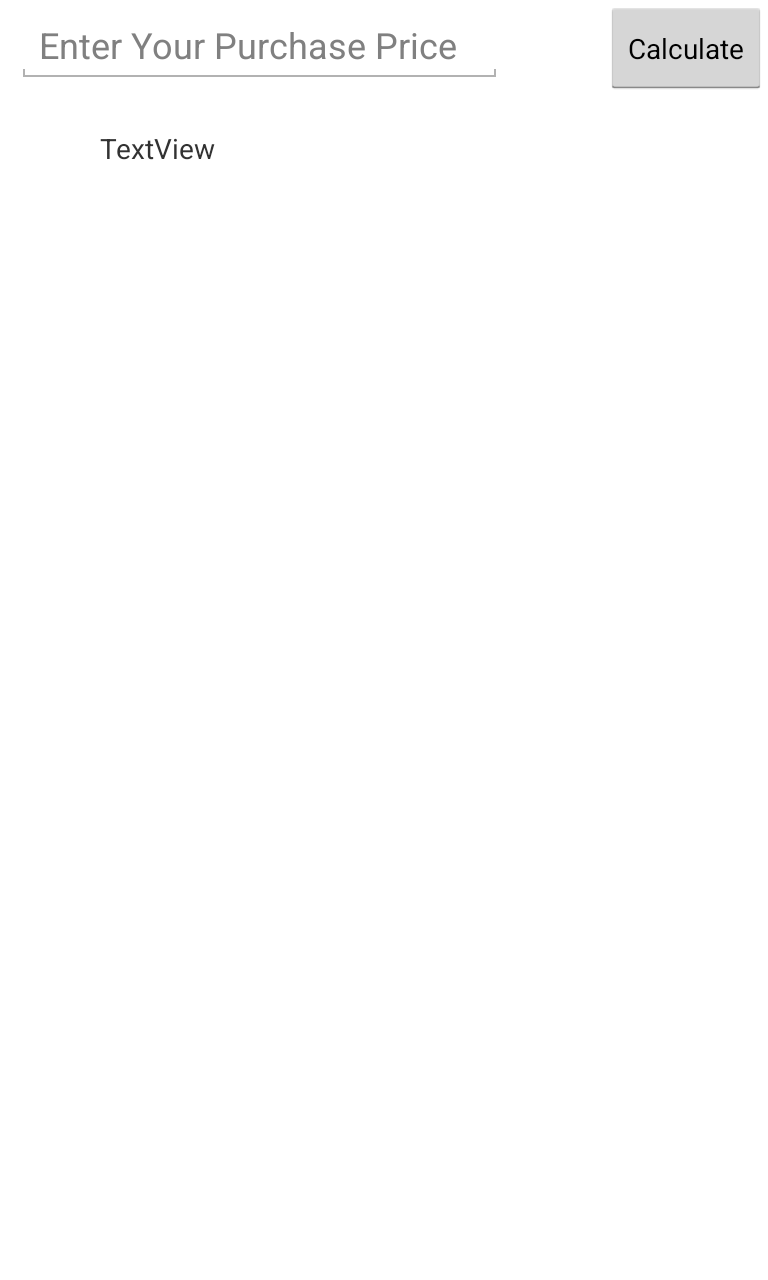
Repository: missxlian/angelHackSac
Layout: workspace/NoteHack/res/layout/fragment_section_intrate.xml
These files come from the project's save history. The layout is drawn as it stood at one moment and after the next save; the edit follows.
It is drawn on a 768 x 1280 px phone screen (xhdpi) without system bars, with theme android:Theme.Holo.Light.DarkActionBar; the app's code is not run.

Above is the layout before, as saved 2013-12-01 08:05:36.

### workspace/NoteHack/res/layout/fragment_section_intrate.xml
<?xml version="1.0" encoding="utf-8"?>
<LinearLayout xmlns:android="http://schemas.android.com/apk/res/android"
    android:id="@+id/LinearLayout1"
    android:layout_width="match_parent"
    android:layout_height="match_parent"
    android:orientation="horizontal" >

    <TextView
        android:id="@+id/textView1"
        android:layout_width="wrap_content"
        android:layout_height="wrap_content"
        android:text="TextView"
        android:translationX="50sp"
        android:translationY="50sp" />

    <EditText
        android:id="@+id/purPrice"
        android:layout_width="185dp"
        android:layout_height="wrap_content"
        android:layout_weight="52.12"
        android:ems="10"
        android:hint="Enter Your Purchase Price"
        android:inputType="numberDecimal"
        android:translationX="-50sp"/>

    <Button
        android:id="@+id/interestRate"
        style="?android:attr/buttonStyleSmall"
        android:layout_width="wrap_content"
        android:layout_height="wrap_content"
        android:text="Calculate" />

</LinearLayout>

After the next save:
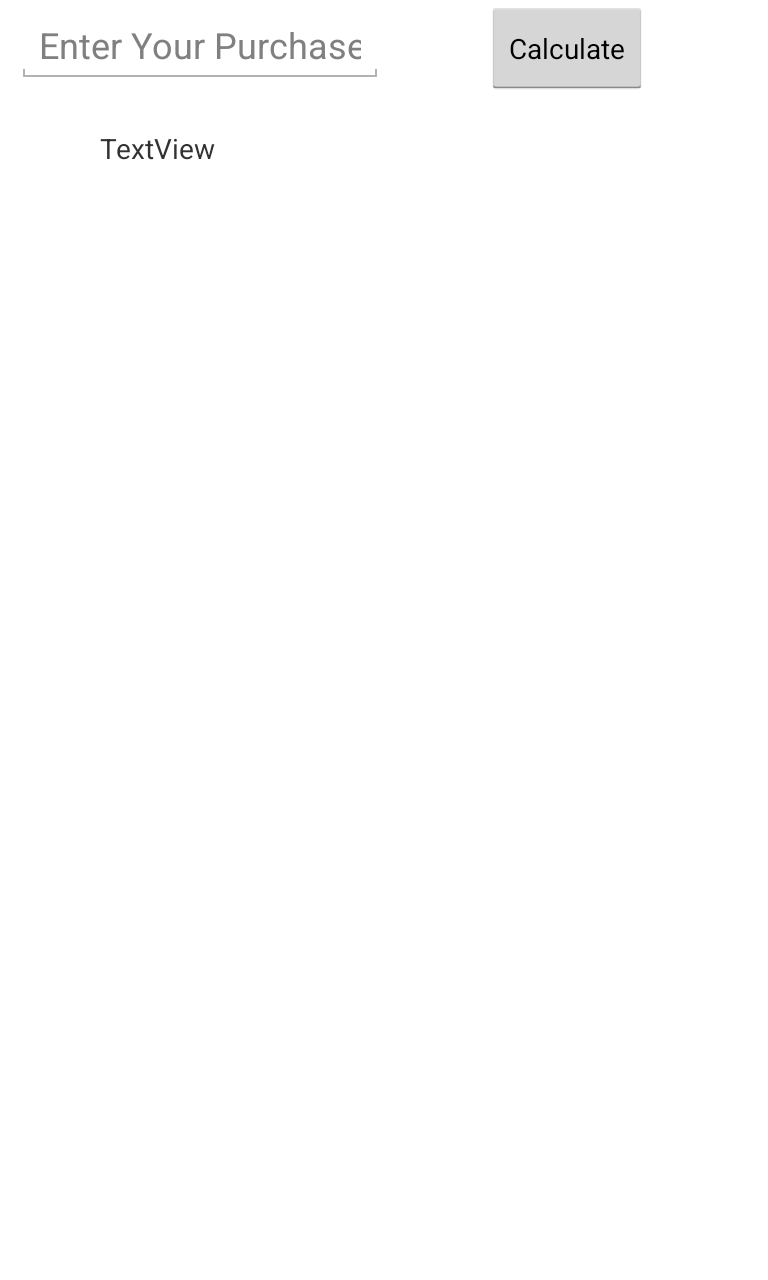
Saved 106 s later.
--- a/workspace/NoteHack/res/layout/fragment_section_intrate.xml
+++ b/workspace/NoteHack/res/layout/fragment_section_intrate.xml
@@ -1,14 +1,14 @@
 <?xml version="1.0" encoding="utf-8"?>
-<LinearLayout xmlns:android="http://schemas.android.com/apk/res/android"
-    android:id="@+id/LinearLayout1"
+<GridLayout xmlns:android="http://schemas.android.com/apk/res/android"
+    android:id="@+id/GridLayout1"
     android:layout_width="match_parent"
     android:layout_height="match_parent"
+    android:columnCount="4"
     android:orientation="horizontal" >
 
     <TextView
         android:id="@+id/textView1"
-        android:layout_width="wrap_content"
-        android:layout_height="wrap_content"
+        android:layout_gravity="left"
         android:text="TextView"
         android:translationX="50sp"
         android:translationY="50sp" />
@@ -16,18 +16,21 @@
     <EditText
         android:id="@+id/purPrice"
         android:layout_width="185dp"
-        android:layout_height="wrap_content"
-        android:layout_weight="52.12"
+        android:layout_gravity="fill_horizontal"
         android:ems="10"
         android:hint="Enter Your Purchase Price"
         android:inputType="numberDecimal"
-        android:translationX="-50sp"/>
+        android:translationX="-50sp" />
 
     <Button
         android:id="@+id/interestRate"
         style="?android:attr/buttonStyleSmall"
-        android:layout_width="wrap_content"
-        android:layout_height="wrap_content"
+        android:layout_gravity="left"
         android:text="Calculate" />
 
-</LinearLayout>
+    <Space
+        android:layout_column="3"
+        android:layout_gravity="fill_vertical"
+        android:layout_row="1" />
+
+</GridLayout>
